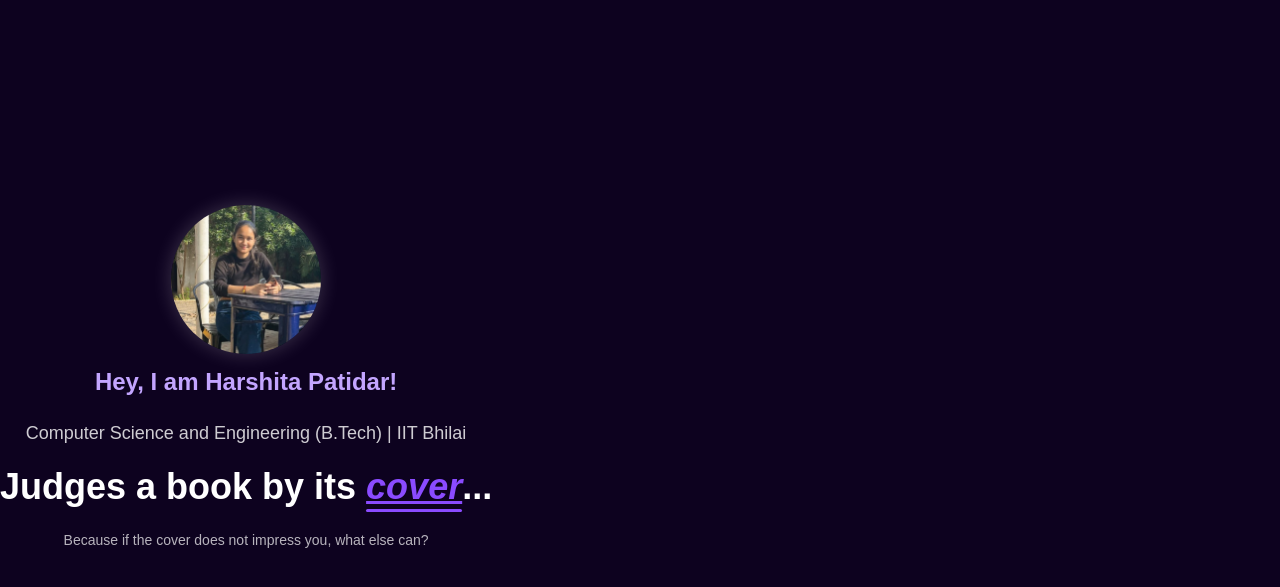
Repository: harshitap1305/Portfolio
Page: /
These files come from the project's save history. The page is drawn as it stood at one moment and after a run of saves; the edit follows.
The browser window is 1280 px wide. The pictures show the whole page.
The project was rebuilt for these pictures with package versions that can differ from the ones it lists, and the page was loaded fresh each time. Also part of the build but not shown: vite.config.js.

Above is the page before, as saved 2025-03-27 17:08:08.

### index.html
<!doctype html>
<html lang="en">
  <head>
    <meta charset="UTF-8" />

    <meta name="viewport" content="width=device-width, initial-scale=1.0" />
    <title>Harshita's Portfolio</title>
  </head>
  <body>
    <div id="root"></div>
    <script type="module" src="/src/main.jsx"></script>
  </body>
</html>

### src/App.jsx
import Home from './Home.jsx'

function App() {


  return (
    <>
      <Home/>
    </>
  )
}

export default App

### src/Home.jsx
import React from 'react';
import harshita from './assets/harshita.png';
import './App.css';

const Home = () => {
  return (
    <>
      <img src={harshita} alt="Harshita Patidar" className="harshita" />
      <h2 className="name">Hey, I am Harshita Patidar!</h2>
      <p className="tagline">Computer Science and Engineering (B.Tech) | IIT Bhilai</p>
      <h1 className="judging-text">
        Judges a book by its <span className="cover">cover</span>...
      </h1>
      <p className="subtext">
        Because if the cover does not impress you, what else can?
      </p>
    </>
  );
};

export default Home;

### src/App.css
/* Background */
body {
  background-color: #0d021f;
  color: white;
  font-family: 'Poppins', sans-serif;
  text-align: center;
}

/* Image Styling */
.harshita {
  width: 150px; /* Adjust size */
  border-radius: 50%;
  display: block;
  margin: 50px auto 10px;
  box-shadow: 0px 0px 20px rgba(255, 255, 255, 0.2);
}

/* Name Styling */
.name {
  font-size: 24px;
  font-weight: bold;
  margin-top: 10px;
  color: #c3a5ff; /* Light purple */
}

/* Tagline Styling */
.tagline {
  font-size: 18px;
  margin-top: 5px;
  opacity: 0.8;
}

/* Styled Text */
.judging-text {
  font-size: 36px;
  font-weight: bold;
  margin-top: 20px;
}

.cover {
  color: #8a4bff;
  text-decoration: underline;
  font-style: italic;
  position: relative;
}

.cover::after {
  content: '';
  position: absolute;
  left: 0;
  bottom: -5px;
  width: 100%;
  height: 3px;
  background-color: #8a4bff;
  border-radius: 2px;
}

/* Subtext */
.subtext {
  font-size: 14px;
  margin-top: 5px;
  opacity: 0.7;
}

Loaded but not shown: src/main.jsx (common file); src/index.css (common file)

After the next 2 saves:
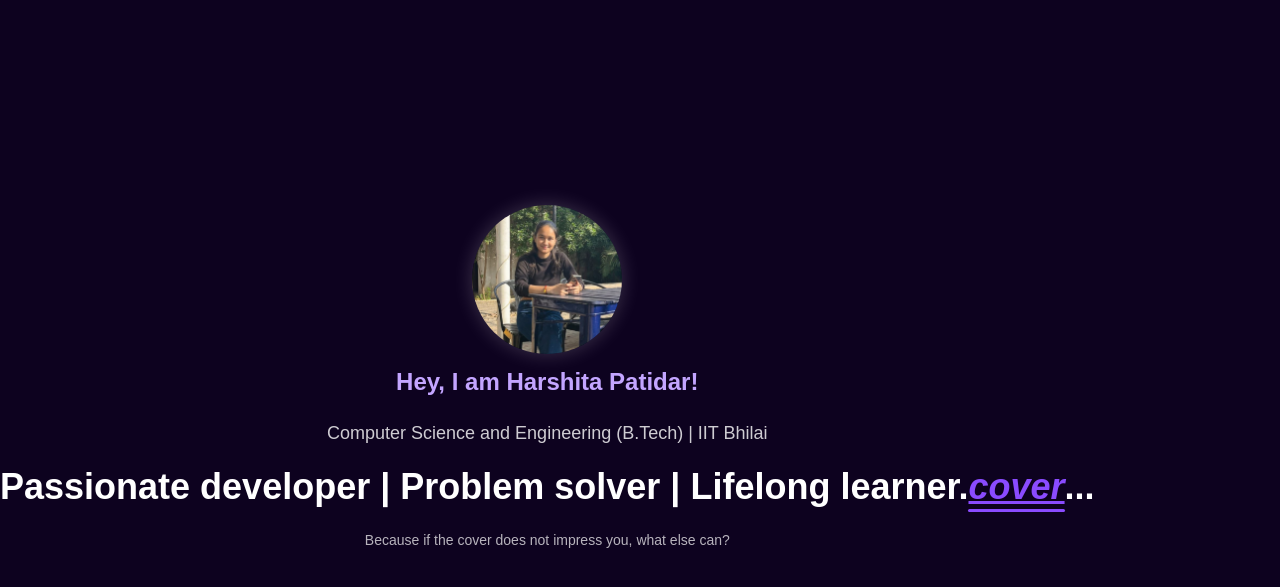
The 2 saves are shown as one change because they came seconds apart.
The last was saved 71 s later.
--- a/src/Home.jsx
+++ b/src/Home.jsx
@@ -9,7 +9,7 @@
       <h2 className="name">Hey, I am Harshita Patidar!</h2>
       <p className="tagline">Computer Science and Engineering (B.Tech) | IIT Bhilai</p>
       <h1 className="judging-text">
-        Judges a book by its <span className="cover">cover</span>...
+      Passionate developer | Problem solver | Lifelong learner.<span className="cover">cover</span>...
       </h1>
       <p className="subtext">
         Because if the cover does not impress you, what else can?

After the save that followed:
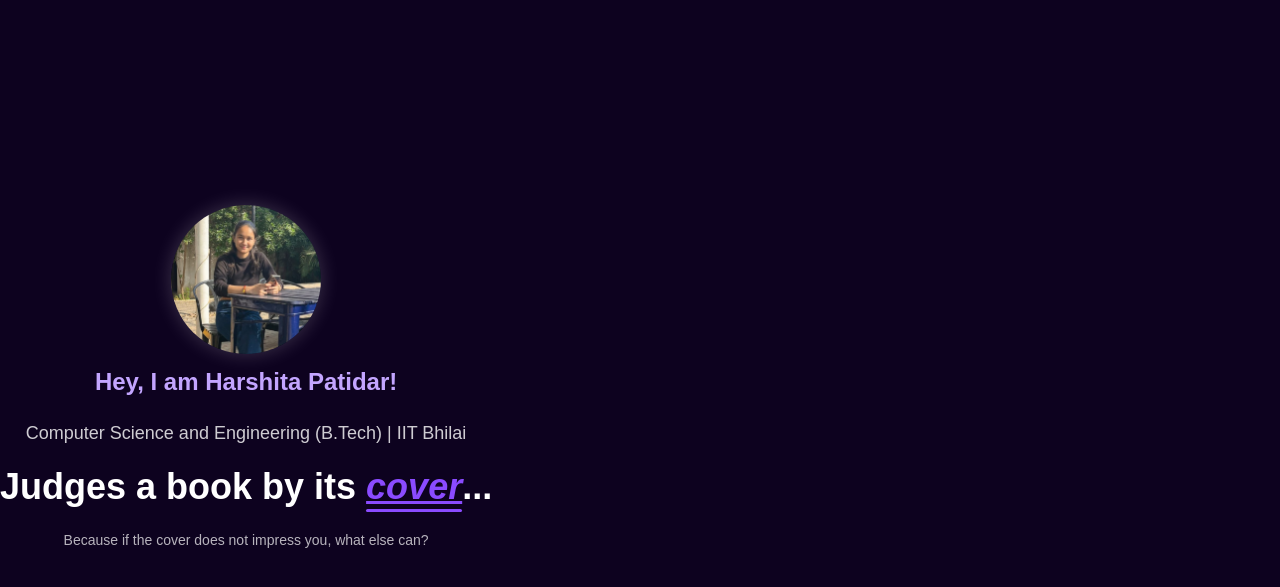
Saved 9 s later.
--- a/src/Home.jsx
+++ b/src/Home.jsx
@@ -9,7 +9,7 @@
       <h2 className="name">Hey, I am Harshita Patidar!</h2>
       <p className="tagline">Computer Science and Engineering (B.Tech) | IIT Bhilai</p>
       <h1 className="judging-text">
-      Passionate developer | Problem solver | Lifelong learner.<span className="cover">cover</span>...
+        Judges a book by its <span className="cover">cover</span>...
       </h1>
       <p className="subtext">
         Because if the cover does not impress you, what else can?
